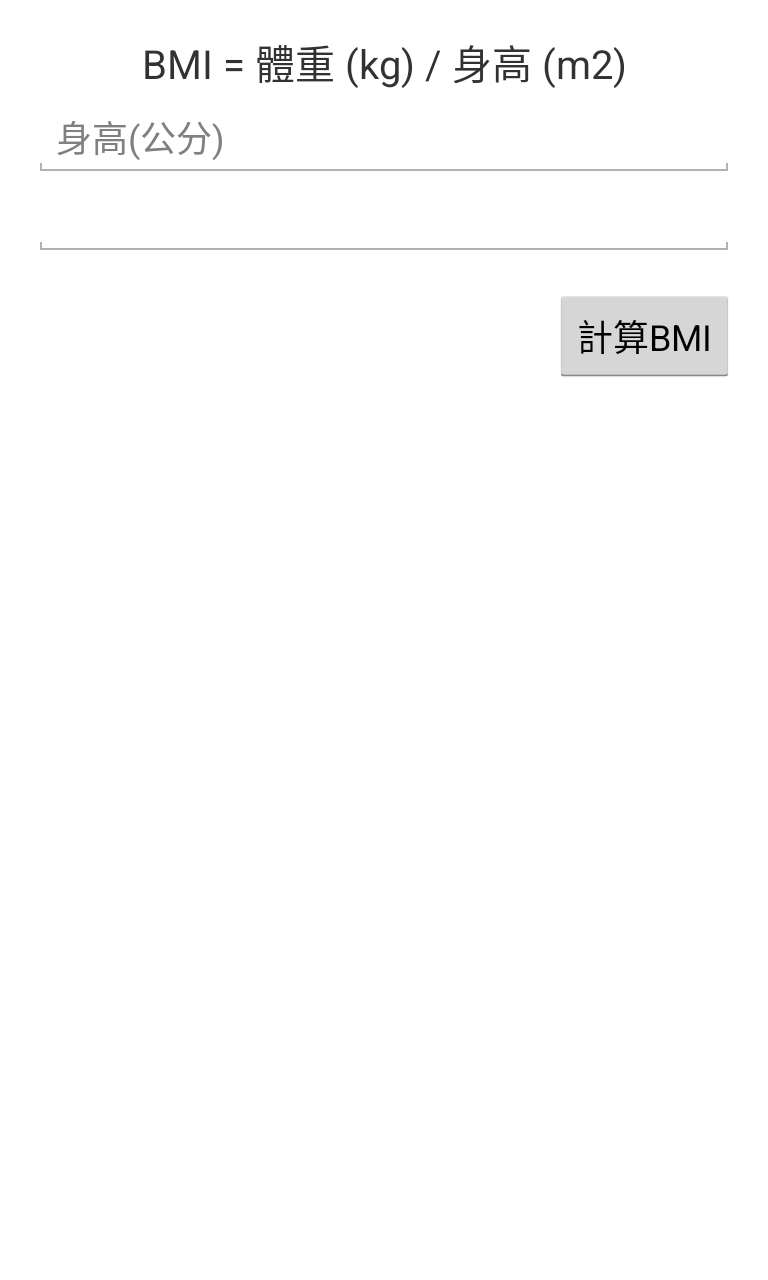
Repository: ericluo1123/myAndroidCode
Layout: myAndroidProject/res/layout/activity_main.xml
The author's editor kept a copy of each file at every save. The layout is drawn from the files as they stood at one save, then again after the next save.
It is drawn on a 768 x 1280 px phone screen (xhdpi) without system bars, with theme AppTheme; the app's code is not run.

Above is the layout before, as saved 2014-09-26 06:04:30.

After the next save:
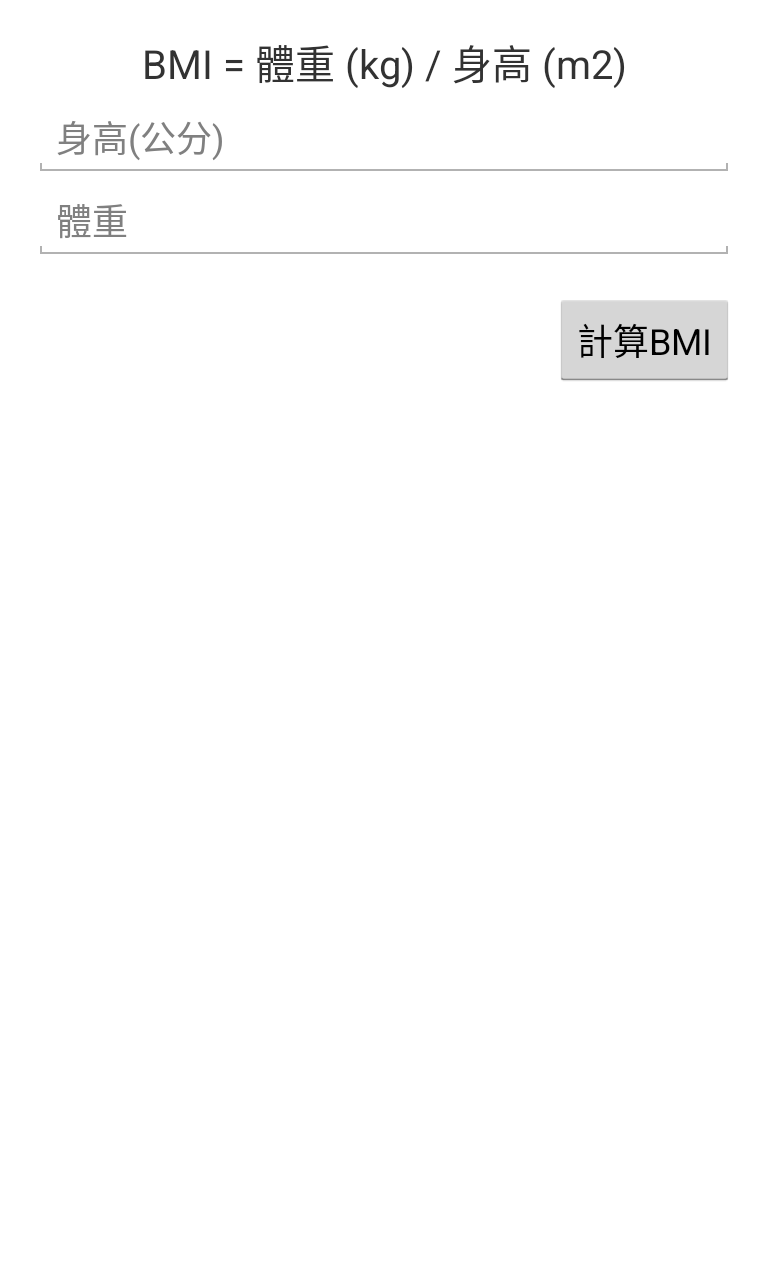
Saved 80 s later.
--- a/myAndroidProject/res/layout/activity_main.xml
+++ b/myAndroidProject/res/layout/activity_main.xml
@@ -34,7 +34,8 @@
         android:layout_height="wrap_content"
         android:layout_below="@+id/editText1"
         android:layout_centerHorizontal="true"
-        android:ems="10" />
+        android:ems="10"
+        android:hint="體重" />
 
     <Button
         android:id="@+id/button1"
